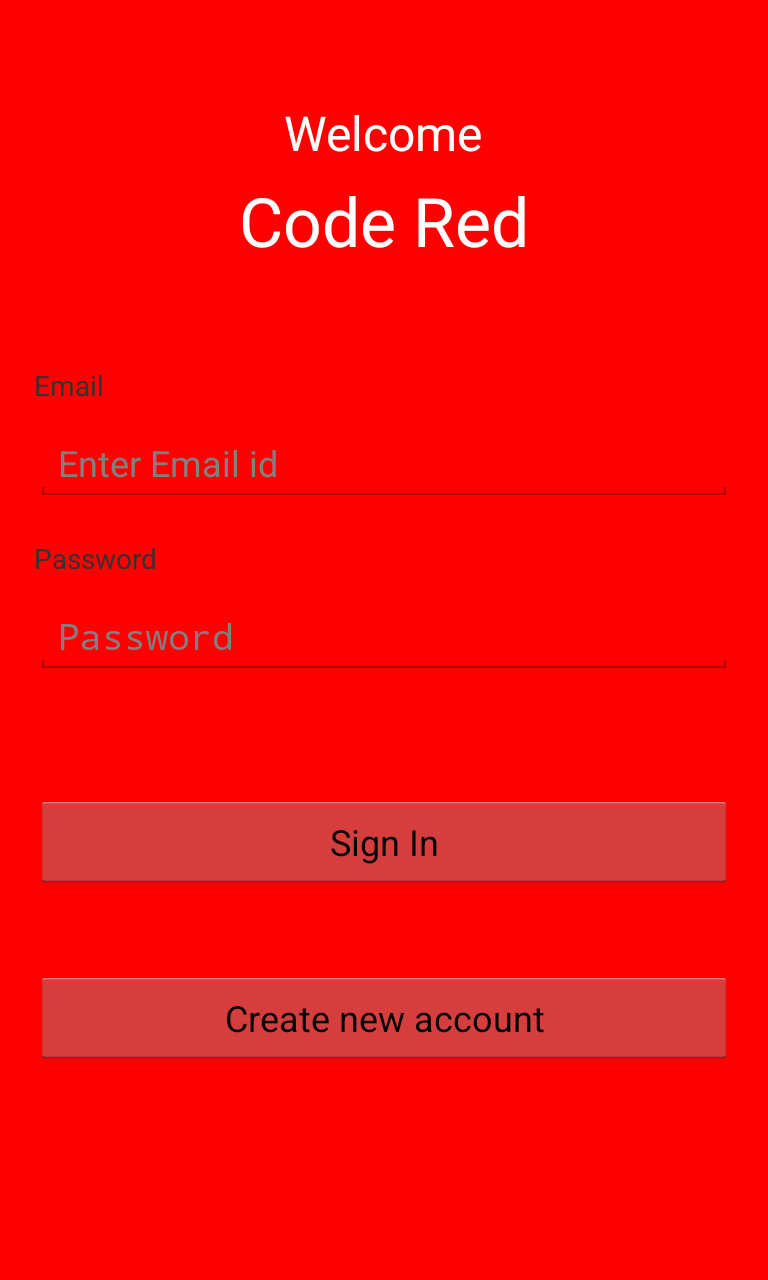
Repository: coderedteam/codered
Layout: AndroidSourceCode/CodeRed/res/layout/activity_registeration.xml
These files come from the project's save history. The layout is drawn as it stood at one moment and after the next save; the edit follows.
It is drawn on a 768 x 1280 px phone screen (xhdpi) without system bars, with theme AppTheme; the app's code is not run.

Above is the layout before, as saved 2014-11-27 11:00:45.

After the next save:
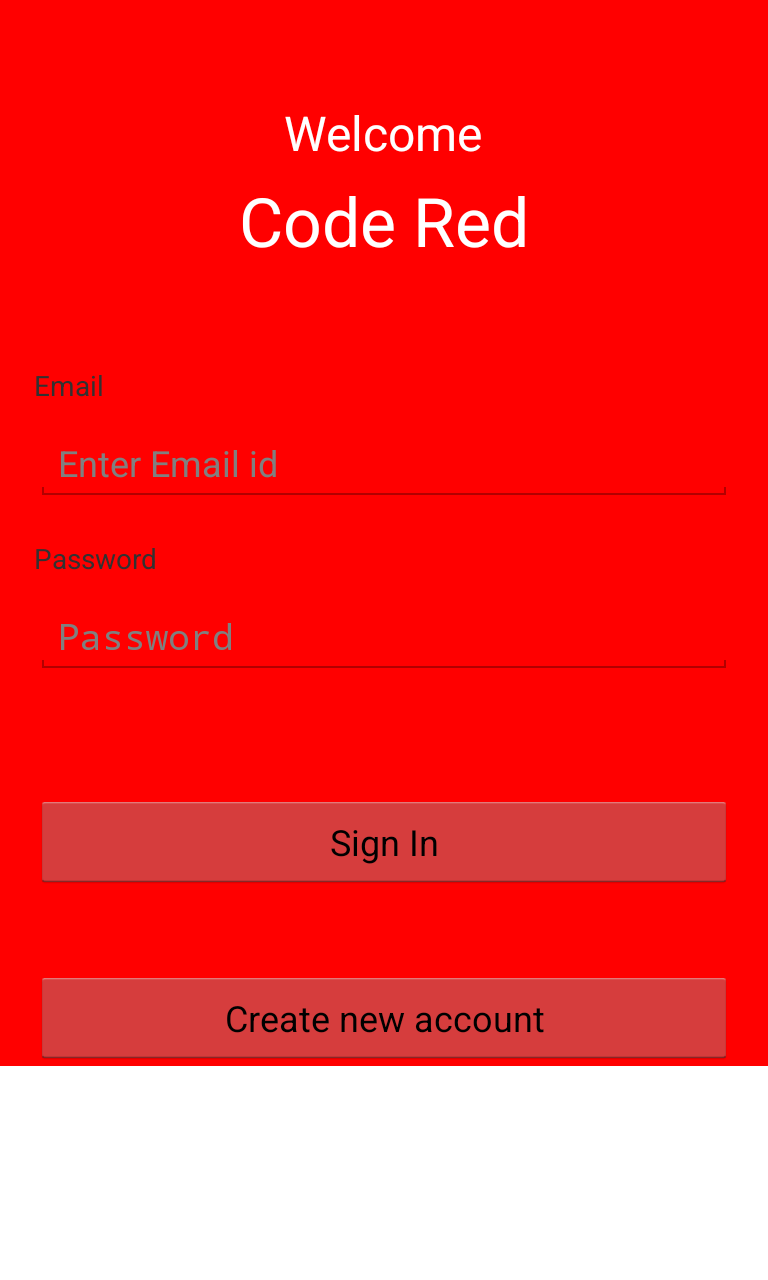
Saved 59 s later.
--- a/AndroidSourceCode/CodeRed/res/layout/activity_registeration.xml
+++ b/AndroidSourceCode/CodeRed/res/layout/activity_registeration.xml
@@ -1,4 +1,13 @@
-<LinearLayout xmlns:android="http://schemas.android.com/apk/res/android"
+
+<ScrollView
+    xmlns:android="http://schemas.android.com/apk/res/android"
+    android:id="@+id/scrollview"
+    android:layout_width="fill_parent"
+    android:layout_height="fill_parent"
+     >
+
+
+<LinearLayout
     xmlns:tools="http://schemas.android.com/tools"
     android:layout_width="match_parent"
     android:layout_height="match_parent"
